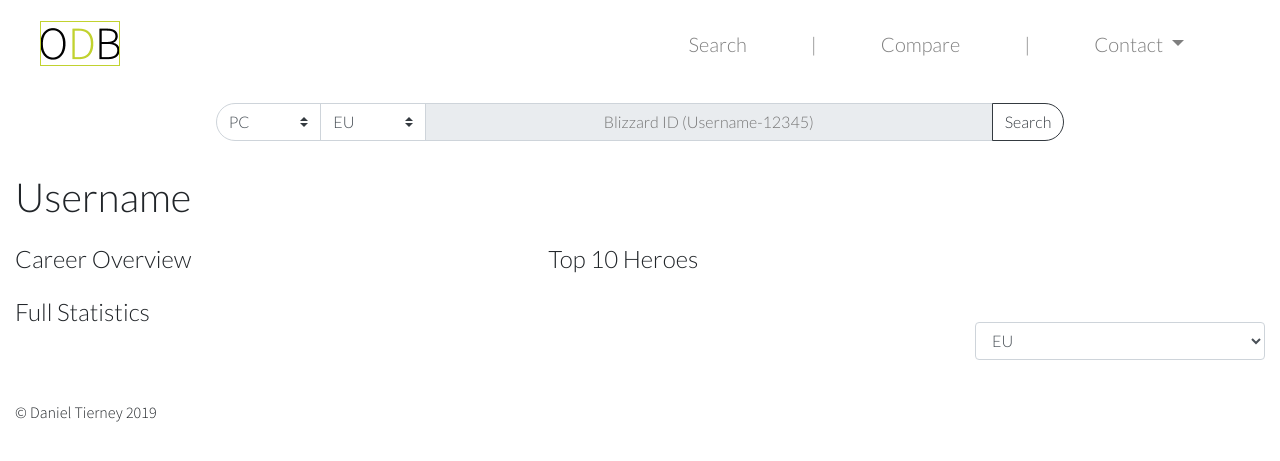
Repository: Cobonkoi/overwatch-dashboard
Page: search.html
The author's editor kept a record of every edit. The page is drawn from the files as they stood at one moment, then again after the next edit.
The browser window is 1280 px wide. The pictures show the whole page.

Above is the page before.

After the next edit:
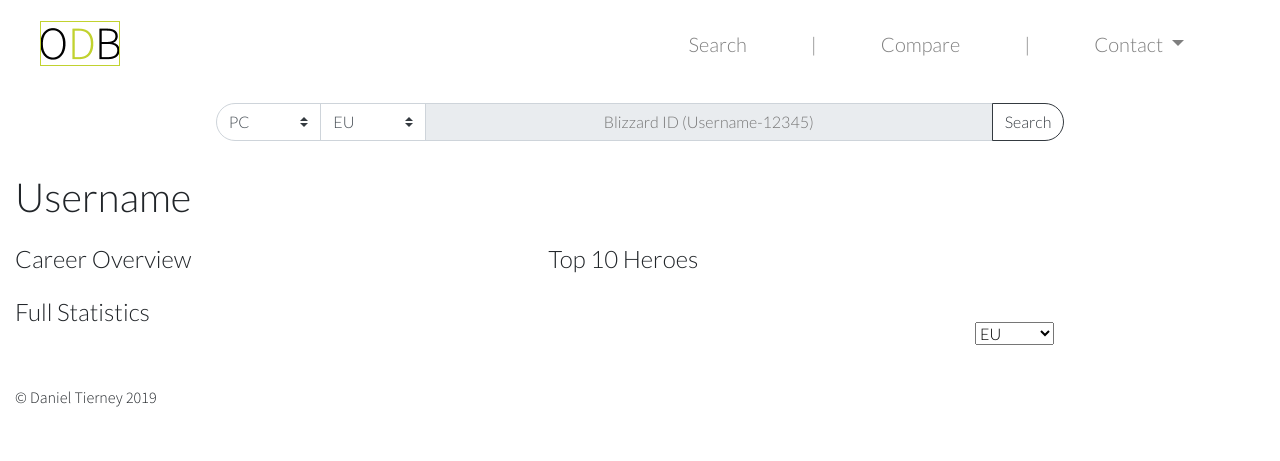
The edit:
--- a/search.html
+++ b/search.html
@@ -137,7 +137,7 @@
                 <h4 class="" id="">Full Statistics</h4>
             </div>
             <div class="col-3 mb-3">
-                <select class="form-control my-4" id="searchFormRegionMobile">
+                <select class=" my-4" id="">
                     <option disabled>Region...</option>
                     <option value="eu">EU</option>
                     <option value="us">US</option>
